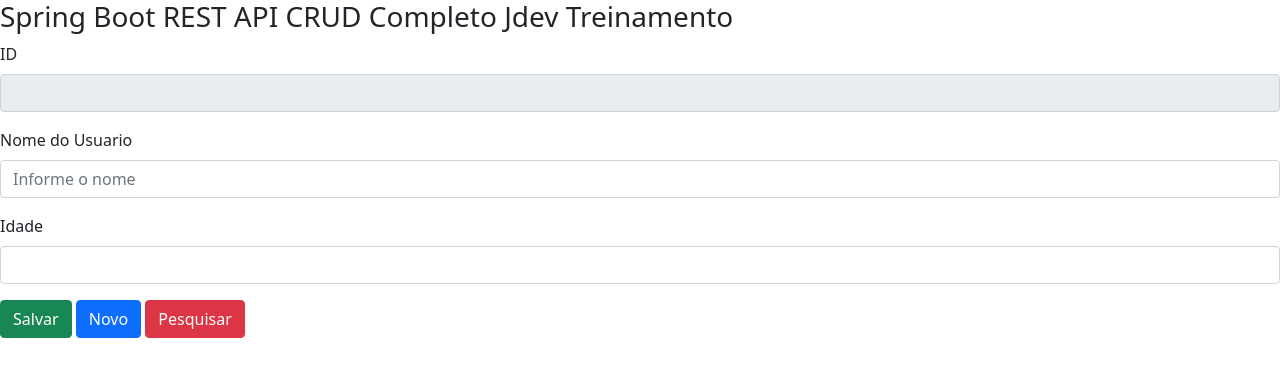
Repository: HallyssonKaynan/tccbancodedados
Page: eclipse-workspace/springboot-rest-api-sample/src/main/resources/static/index.html
These files come from the project's save history. The page is drawn as it stood at one moment and after the next save; the edit follows.
The browser window is 1280 px wide. The pictures show the whole page.

Above is the page before, as saved 2022-08-24 19:52:47.

After the next save:
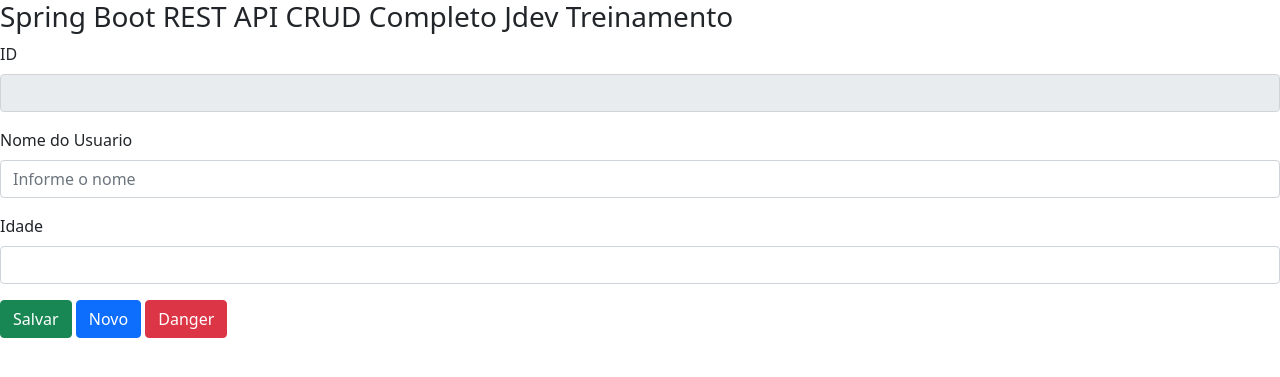
Saved 2 min 10 s later.
--- a/eclipse-workspace/springboot-rest-api-sample/src/main/resources/static/index.html
+++ b/eclipse-workspace/springboot-rest-api-sample/src/main/resources/static/index.html
@@ -29,7 +29,35 @@
 
 <button type="button" class="btn btn-success" onclick="salvarUsuario()">Salvar</button>
 <button type="button" class="btn btn-primary" onclick="document.getElementById('formCadastroUser').reset();">Novo</button>
-<button type="button" class="btn btn-danger">Pesquisar</button>
+<button type="button" class="btn btn-danger"data-bs-toggle="modal" data-bs-target="exampleModal" >Danger</button>
+
+<div class="modal fade" id="exampleModal" tabindex="-1" aria-labelledby="exampleModalLabel" aria-hidden="true">
+  <div class="modal-dialog">
+    <div class="modal-content">
+      <div class="modal-header">
+        <h5 class="modal-title" id="exampleModalLabel">New message</h5>
+        <button type="button" class="btn-close" data-bs-dismiss="modal" aria-label="Close"></button>
+      </div>
+      <div class="modal-body">
+        <form>
+          <div class="mb-3">
+            <label for="recipient-name" class="col-form-label">Recipient:</label>
+            <input type="text" class="form-control" id="recipient-name">
+          </div>
+          <div class="mb-3">
+            <label for="message-text" class="col-form-label">Message:</label>
+            <textarea class="form-control" id="message-text"></textarea>
+          </div>
+        </form>
+      </div>
+      <div class="modal-footer">
+        <button type="button" class="btn btn-secondary" data-bs-dismiss="modal">Close</button>
+        <button type="button" class="btn btn-primary">Send message</button>
+      </div>
+    </div>
+  </div>
+</div>
+
 <script src="https://code.jquery.com/jquery-3.6.0.min.js" integrity="sha256-/xUj+3OJU5yExlq6GSYGSHk7tPXikynS7ogEvDej/m4=" crossorigin="anonymous"></script>
 
 <script src="https://cdn.jsdelivr.net/npm/bootstrap@5.0.2/dist/js/bootstrap.bundle.min.js" integrity="sha384-MrcW6ZMFYlzcLA8Nl+NtUVF0sA7MsXsP1UyJoMp4YLEuNSfAP+JcXn/tWtIaxVXM" crossorigin="anonymous"></script>

After the save that followed:
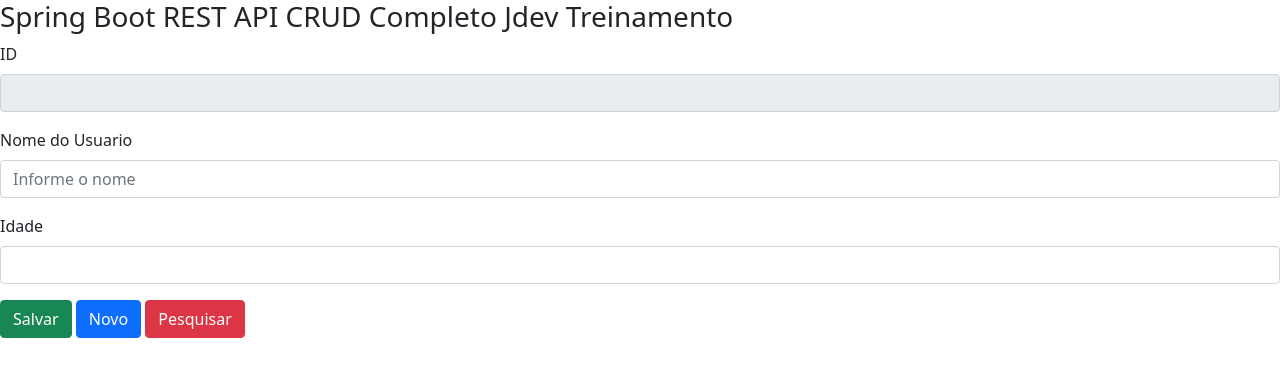
Saved 24 s later.
--- a/eclipse-workspace/springboot-rest-api-sample/src/main/resources/static/index.html
+++ b/eclipse-workspace/springboot-rest-api-sample/src/main/resources/static/index.html
@@ -29,7 +29,7 @@
 
 <button type="button" class="btn btn-success" onclick="salvarUsuario()">Salvar</button>
 <button type="button" class="btn btn-primary" onclick="document.getElementById('formCadastroUser').reset();">Novo</button>
-<button type="button" class="btn btn-danger"data-bs-toggle="modal" data-bs-target="exampleModal" >Danger</button>
+<button type="button" class="btn btn-danger"data-bs-toggle="modal" data-bs-target="#modalPesquisa" >Pesquisar</button>
 
 <div class="modal fade" id="exampleModal" tabindex="-1" aria-labelledby="exampleModalLabel" aria-hidden="true">
   <div class="modal-dialog">
